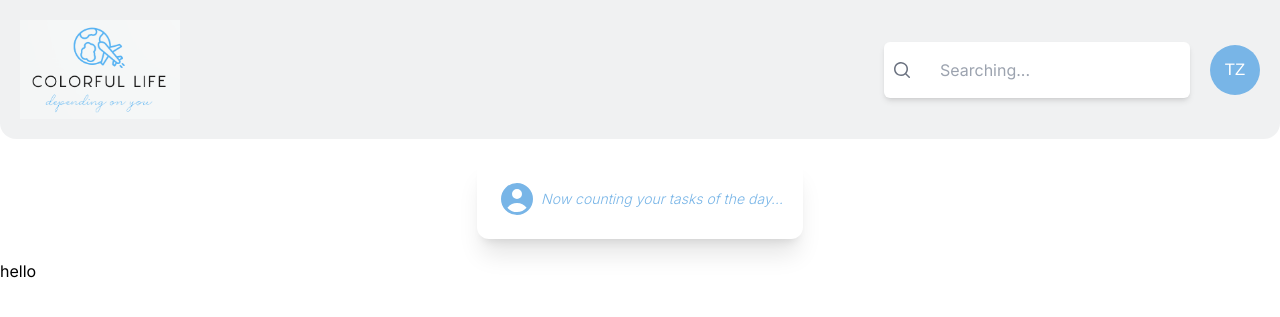
Repository: Tracy-maker/Kban
Page: /
The author's editor kept a copy of each file at every save. The page is drawn from the files as they stood at one save, then again after the next save.
The browser window is 1280 px wide. The pictures show the whole page.
The project was rebuilt for these pictures with package versions that can differ from the ones it lists, and the page was loaded fresh each time. The framework's server and built-in components were replaced by stand-ins that run in the browser. Also part of the build but not shown: next.config.js.

Above is the page before, as saved 2023-08-23 18:26:21.

After the next save:
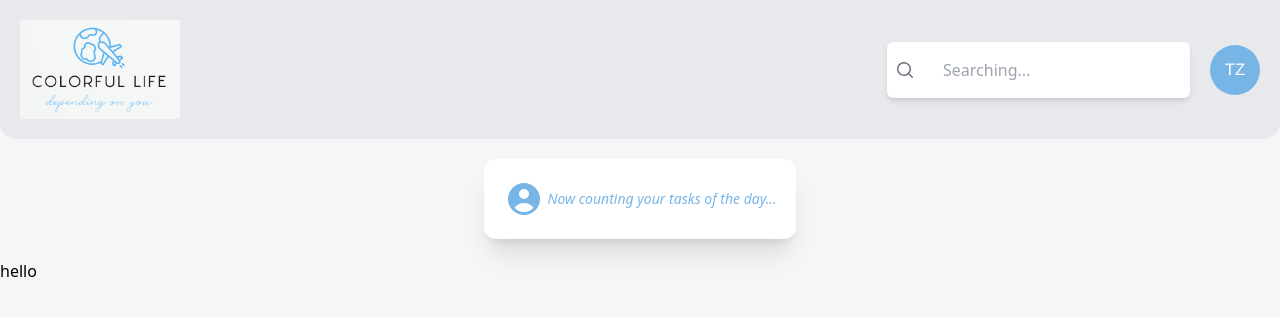
Saved 2 min 45 s later.
--- a/app/layout.tsx
+++ b/app/layout.tsx
@@ -16,7 +16,7 @@
 }) {
   return (
     <html lang="en">
-      <body className={inter.className}>{children}</body>
+      <body className="bg-[#F5F6F8]">{children}</body>
     </html>
   )
 }
